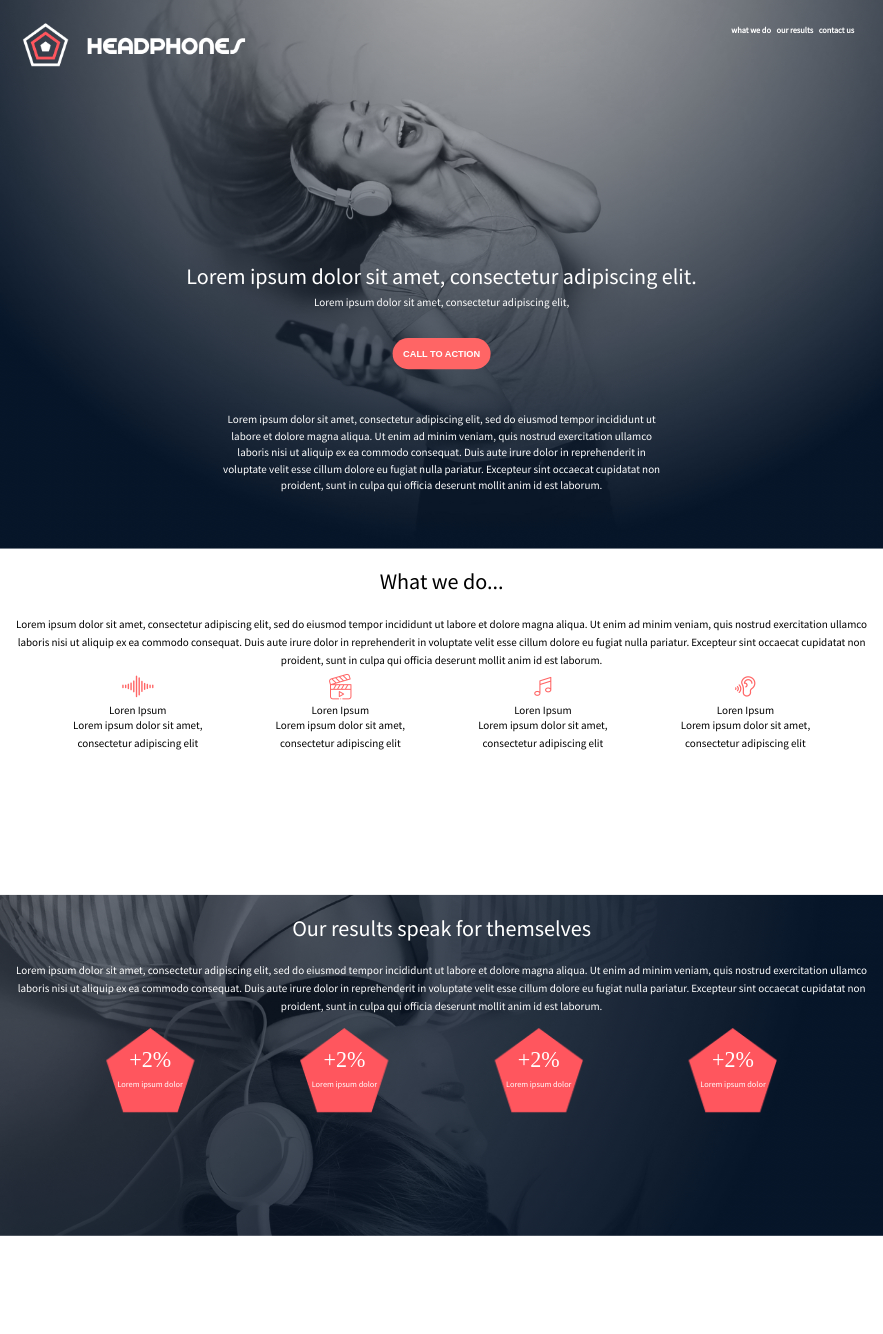
Repository: seleniadelgado/holbertonschool-web_front_end
Page: 0x09-implement_a_design_from_scratch/2-index.html
An editor plug-in stored every save of this project. The page is shown before and after the next save, followed by the edit.
The browser window is 1280 px wide. The pictures show the whole page, at 69% of full size.

Above is the page before, as saved 2020-03-23 14:21:45.

After the next save:
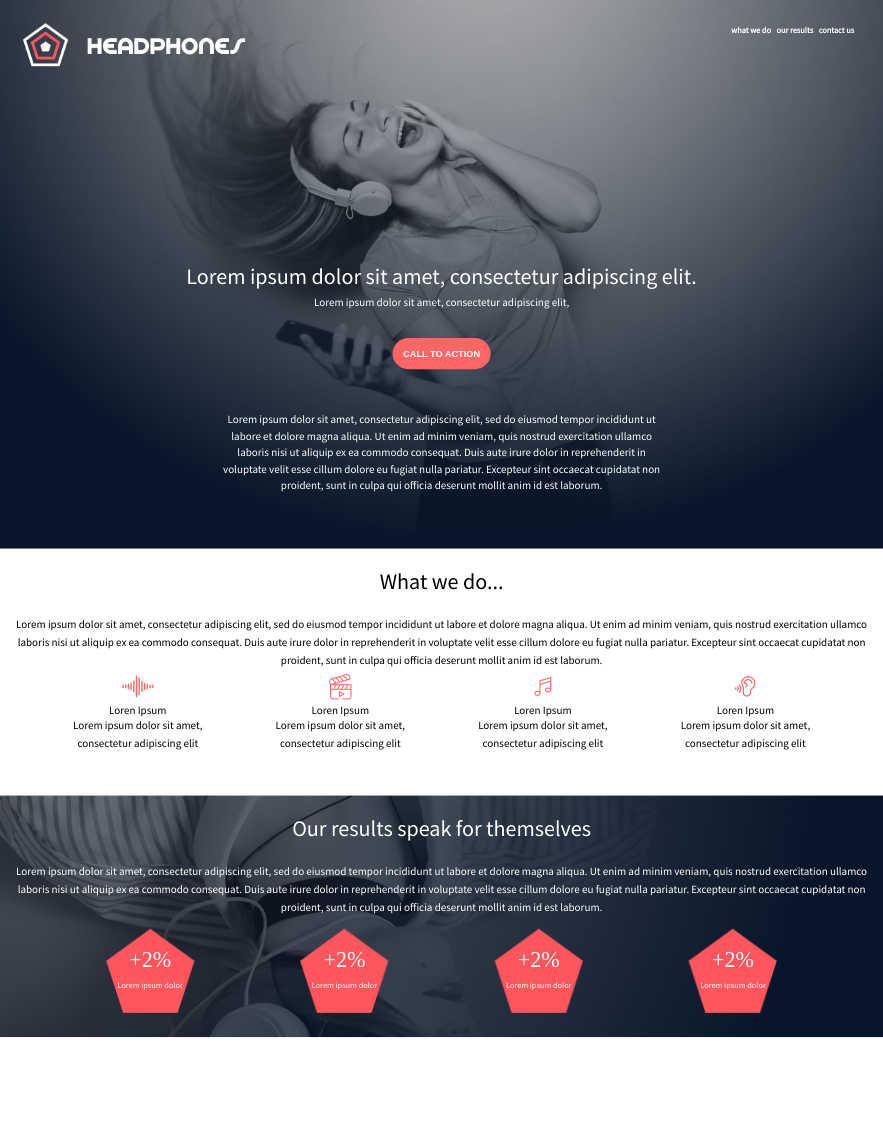
Saved 6 s later.
--- a/0x09-implement_a_design_from_scratch/2-styles.css
+++ b/0x09-implement_a_design_from_scratch/2-styles.css
@@ -335,7 +335,7 @@ a:hover, a:active {
 }
 .grid {
     margin-top: 0;
-    margin-bottom: 10rem;
+    margin-bottom: 1rem;
 }
 @media (max-width: 1200px) {
     #our-results {
